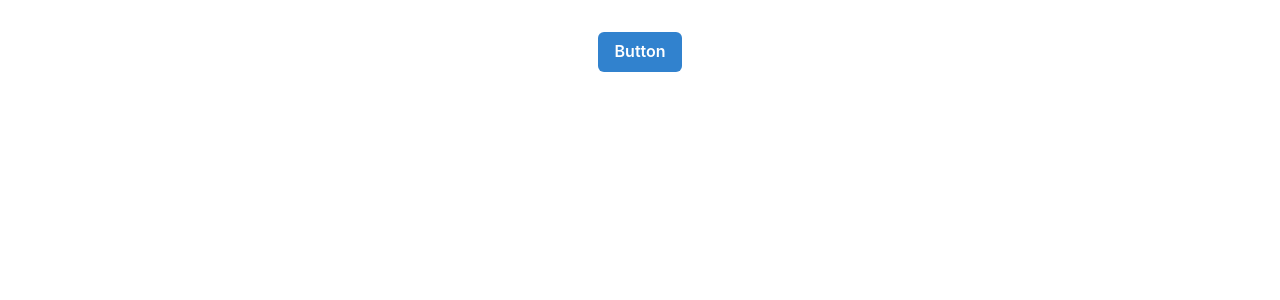
Repository: heyCaroline/game-hub
Page: /
An editor plug-in stored every save of this project. The page is shown before and after the next save, followed by the edit.
The browser window is 1280 px wide. The pictures show the whole page.
The project was rebuilt for these pictures with package versions that can differ from the ones it lists, and the page was loaded fresh each time. Also part of the build but not shown: vite.config.ts.

Above is the page before, as saved 2025-05-16 11:59:02.

After the next save:
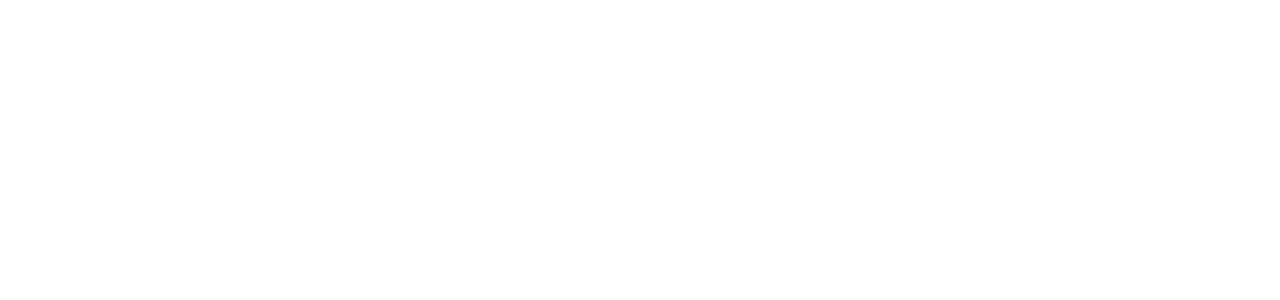
Console error: ReferenceError: nav is not defined
Saved 5 h 4 min later.
--- a/src/App.tsx
+++ b/src/App.tsx
@@ -1,9 +1,11 @@
-import "./App.css";
-import { Button } from "@chakra-ui/react";
+import { Grid, GridItem } from "@chakra-ui/react";
+
 function App() {
   return (
     <>
-      <Button colorScheme="blue">Button</Button>
+      <Grid>
+        <GridItem area={nav}></GridItem>
+      </Grid>
     </>
   );
 }

After the save that followed:
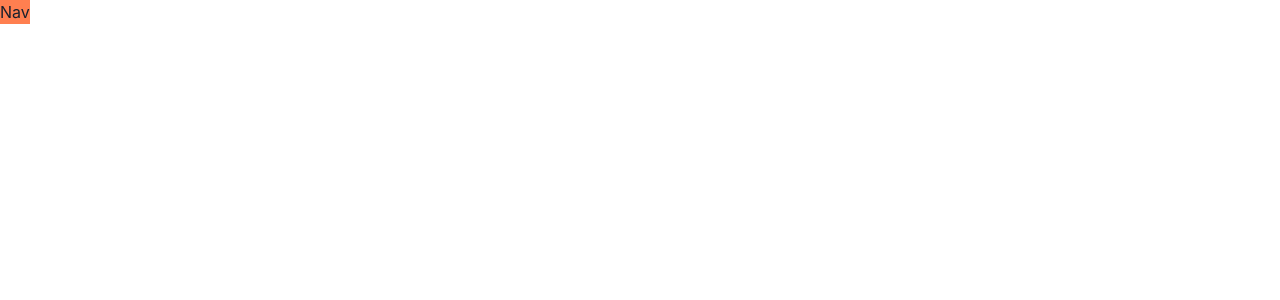
The error is gone.
Saved 2 min 23 s later.
--- a/src/App.tsx
+++ b/src/App.tsx
@@ -3,8 +3,15 @@
 function App() {
   return (
     <>
-      <Grid>
-        <GridItem area={nav}></GridItem>
+      <Grid
+        templateAreas={{
+          base: `"nav" "main"`,
+          lg: `"nav nav" "aside main"`,
+        }}
+      >
+        <GridItem area="nav" bg="coral">
+          Nav
+        </GridItem>
       </Grid>
     </>
   );
